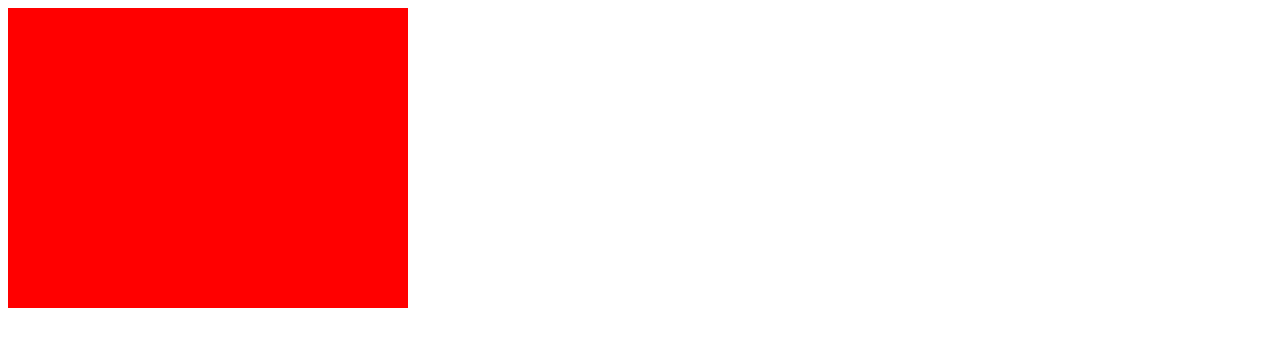
Repository: natuki-i/curriculum
Page: HTML/index.html
An editor plug-in stored every save of this project. The page is shown before and after the next save, followed by the edit.
The browser window is 1280 px wide. The pictures show the whole page.

Above is the page before, as saved 2022-11-25 20:56:58.

### HTML/index.html
<!DOCTYPE html>
<html lang="en">
<head>
    <meta charset="UTF-8">
    <meta http-equiv="X-UA-Compatible" content="IE=edge">
    <meta name="viewport" content="width=device-width, initial-scale=1.0">
    <title>Document</title>
    <link rel="stylesheet" href="css/style.css">
</head>
<body>
    <div class="header"></div>
    <div class="main"></div>
    <div class="footer"></div>
</body>
</html>

### HTML/css/style.css
.header {
    width: 400px;
    height: 100px;
    background-color: red;
}

.main {
    width: 400px;
    height: 100px;
    background-color: red;
}

.footer {
    width: 400px;
    height: 100px;
    background-color: red;
}

After the next save:
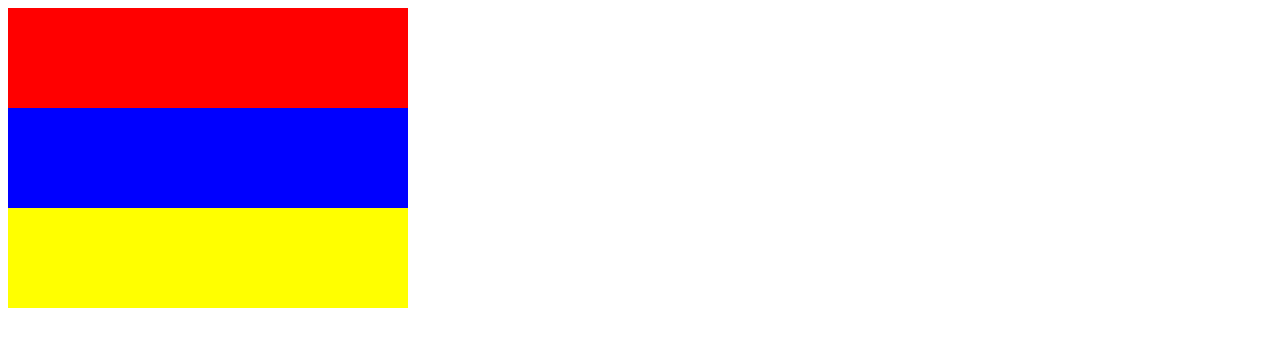
Saved 22 s later.
--- a/HTML/css/style.css
+++ b/HTML/css/style.css
@@ -7,11 +7,11 @@
 .main {
     width: 400px;
     height: 100px;
-    background-color: red;
+    background-color: blue;
 }
 
 .footer {
     width: 400px;
     height: 100px;
-    background-color: red;
+    background-color: yellow;
 }
